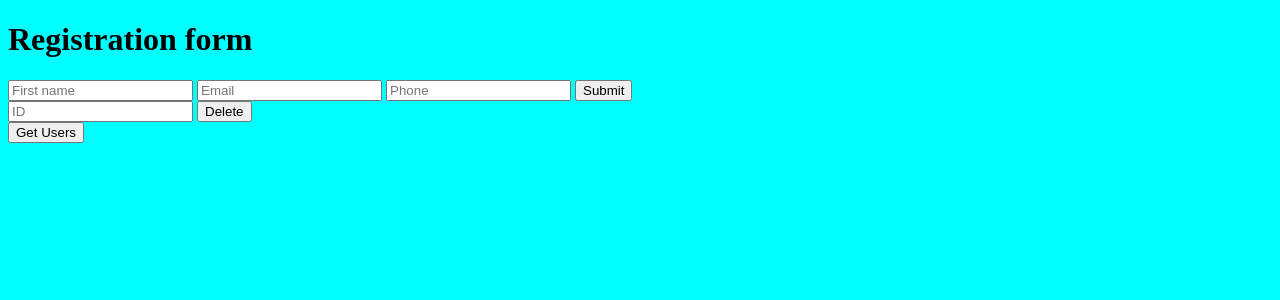
Repository: mediumrtp/CRUD
Page: index.html
The author's editor kept a copy of each file at every save. The page is drawn from the files as they stood at one save, then again after the next save.
The browser window is 1280 px wide. The pictures show the whole page.

Above is the page before, as saved 2022-11-18 13:24:07.

### index.html
<!DOCTYPE html>
<html>

<head>
    <link rel="stylesheet" type="text/css" href="css/style.css">
</head>

<body>
    <h1 class="heading">Registration form</h1>
    <form class="form" action="/add_user" method="POST">
        <input type="text" name="empName" placeholder="First name" required>
        <input type="email" name="empEmail" placeholder="Email" required>
        <input type="text" name="empMobile" placeholder="Phone" required>
        <input type="submit" value="Submit">
    </form>
    <form class="delete" action="/delete" method="POST">
        <input type="text" name="id" placeholder="ID" required>
        <input type="submit" value="Delete">
    </form>

    <button>Get Users</button>
</body>

</html>

### style.css
body {
    background-color: aqua;
}

.h1 {
    color: red
}

After the next save:
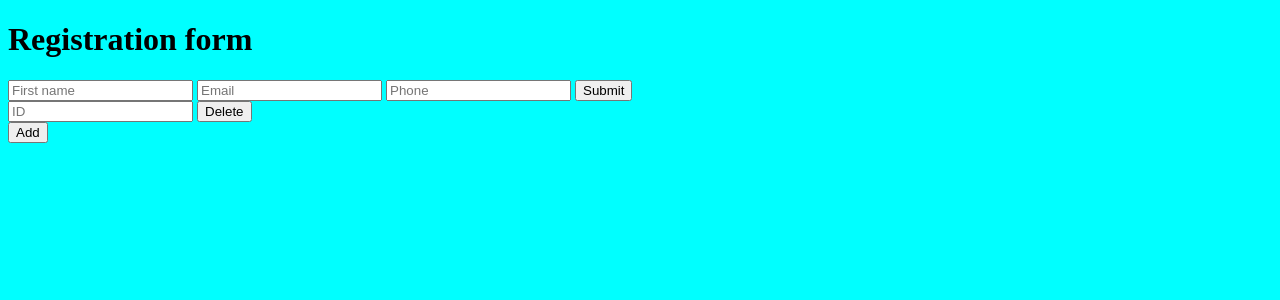
Saved 61 s later.
--- a/index.html
+++ b/index.html
@@ -18,7 +18,7 @@
         <input type="submit" value="Delete">
     </form>
 
-    <button>Get Users</button>
+    <input type="button" id="myButton" value="Add" />
 </body>
 
 </html>

After the save that followed:
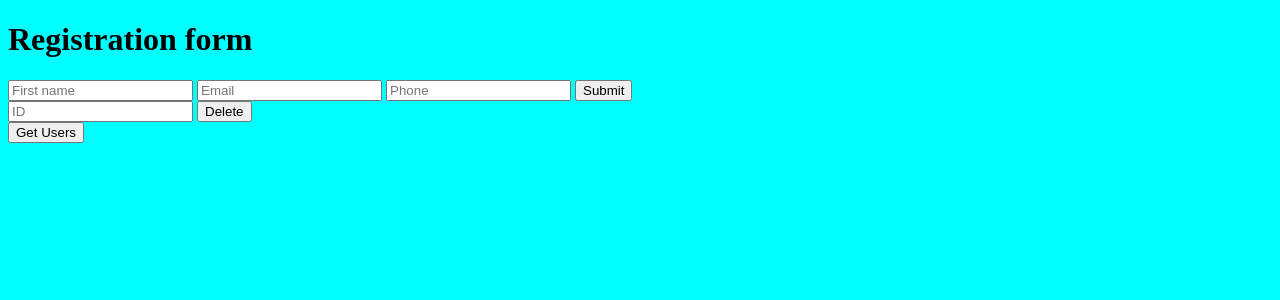
Saved 25 s later.
--- a/index.html
+++ b/index.html
@@ -18,7 +18,7 @@
         <input type="submit" value="Delete">
     </form>
 
-    <input type="button" id="myButton" value="Add" />
+    <input type="button" id="btnGetUsers" value="Get Users" />
 </body>
 
 </html>
